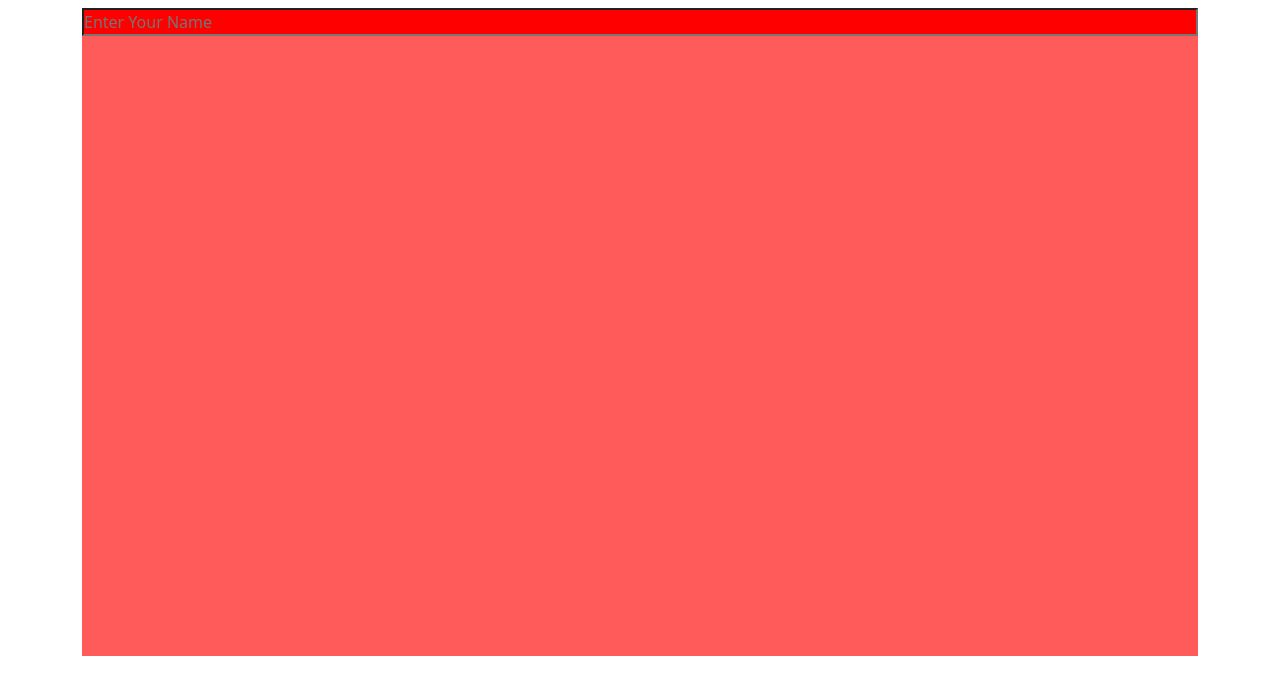
Repository: Haneef-Shaik/Greetings
Page: /
An editor plug-in stored every save of this project. The page is shown before and after the next save, followed by the edit.
The browser window is 1280 px wide. The pictures show the whole page.
The project was rebuilt for these pictures with package versions that can differ from the ones it lists, and the page was loaded fresh each time. The framework's server and built-in components were replaced by stand-ins that run in the browser. Also part of the build but not shown: next.config.js, styles/card.module.scss, components/card.js, styles/socialShare.module.scss, components/socialShare.js.

Above is the page before, as saved 2021-12-01 19:44:13.

### pages/_app.js
import '../styles/globals.css'
import 'bootstrap/dist/css/bootstrap.css'


function MyApp({ Component, pageProps }) {
  return <Component {...pageProps} />
}

export default MyApp

### pages/index.js
import Card from "../components/card.js";
import {useRouter} from 'next/router';
import Ss from "../components/socialShare"
import InpFrm from "../components/form"

export default function Home() {
  const {query} = useRouter();
  const myurls='https://gratefulprayerthankfulheart.com/wp-content/uploads/2014/12/aquawhitechristmastreegreeting.jpg';

  if(query.length > 0)
  {

    if(query.greeting)
    {
      return (
        <>
          <Card event={query.event} image={query.bgImg} name={query.name} greeting={query.greeting}  />
        </>
          )
    }
    else
    {
      return (
        <>
          <Card event={query.event} image={query.bgImg} name={query.name}  />
        </>
          )
    }

  }
  else
  {
    return (
        <>
          <InpFrm />
        </>
        )
  }
    // return (
    //   <>
        {/* <Card event='Event' image={myurls} name='Name' color='red' greeting="Lorem Ipsum is simply dummy text of the printing and typesetting industry. Lorem Ipsum has been thing software like Aldus PageMaker including versions of Lorem Ipsum."  /> */}
        {/* <Ss mylink="localhost:3000/name=haneef&event=christmas" /> */}
    {/*     <Ss mylink="localhost:3000/name=haneef&event=christmasW&sddsajnodsoduaibdadbksa" /> */}
    //   </>
    //     )

}

### components/form.js
/* eslint-disable no-undef */
import React, {useState,useRef} from 'react'

import 'bootstrap/dist/css/bootstrap.min.css';
import styles from '../styles/form.module.scss';
import IMAGE from 'next/image'


function Edit() {
    return (
        <div className="container-fluid p-2 " >
            <div className="container">
                <div className="row">
                    <div className="col-12">
                        <div className={styles.formContainer} >
                            <form>
                                <input type="text" placeholder="Enter Your Name" className="col-12 inpName" />
                            </form>
                        </div>
                    </div>
                </div>
            </div>
        </div>
    )
}


class InvitationCard extends React.Component{
    render(){
        return (

                <div className="body p-2" style={{backgroundColor: this.props.c,backgroundImage:`url(${this.props.im})`,backgroundSize:350,backgroundRepeat:'no-repeat'}} >
                    <h1 id="heading" style={{color: this.props.heading}}>{this.props.name}</h1>
                    <p style={{marginTop: "50px",color: this.props.content}}>{this.props.message}</p>
                    <p style={{color: this.props.content}} id="toWhom">{this.props.to}</p>
                </div>
        )
    }

}



export default Edit;

### styles/form.module.scss
.formContainer{
    height:90vh;
    background-color:#FF5B5B;
    input{
        background-color:red;
    }
}

Loaded but not shown: pages/api/hello.js (common file); styles/globals.css (common file)

After the next save:
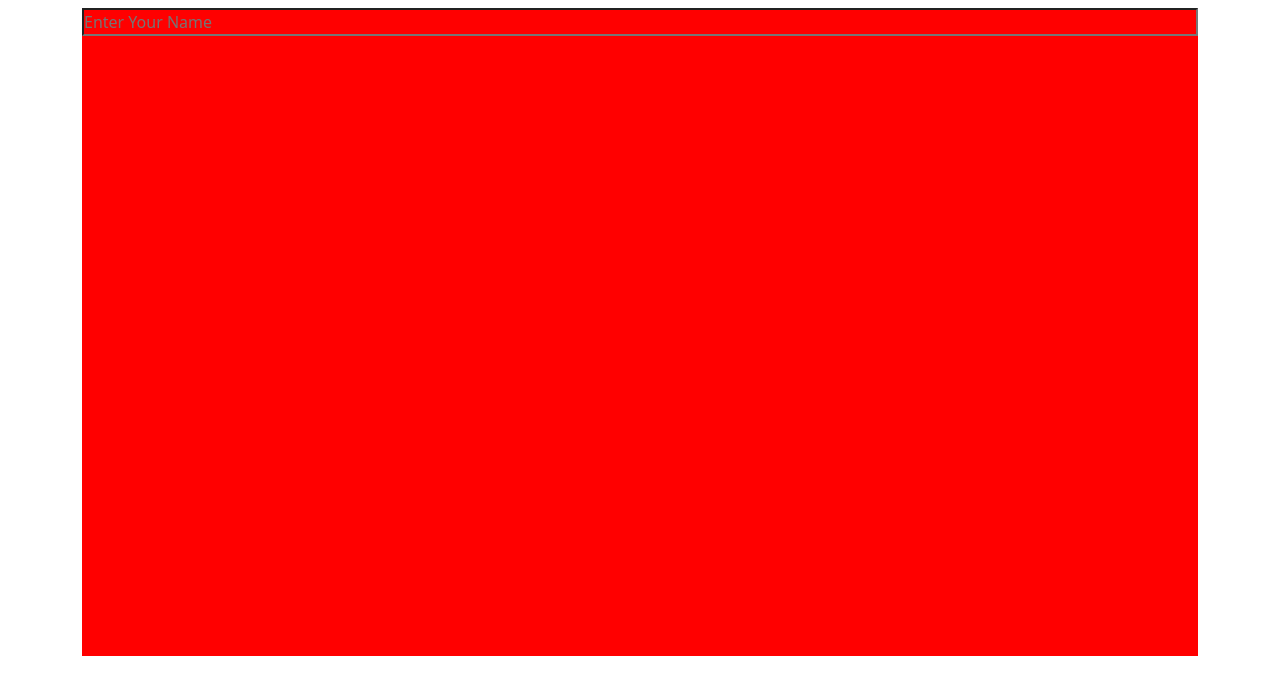
Saved 10 s later.
--- a/styles/form.module.scss
+++ b/styles/form.module.scss
@@ -1,6 +1,6 @@
 .formContainer{
     height:90vh;
-    background-color:#FF5B5B;
+    background-color:#FF0000;
     input{
         background-color:red;
     }
